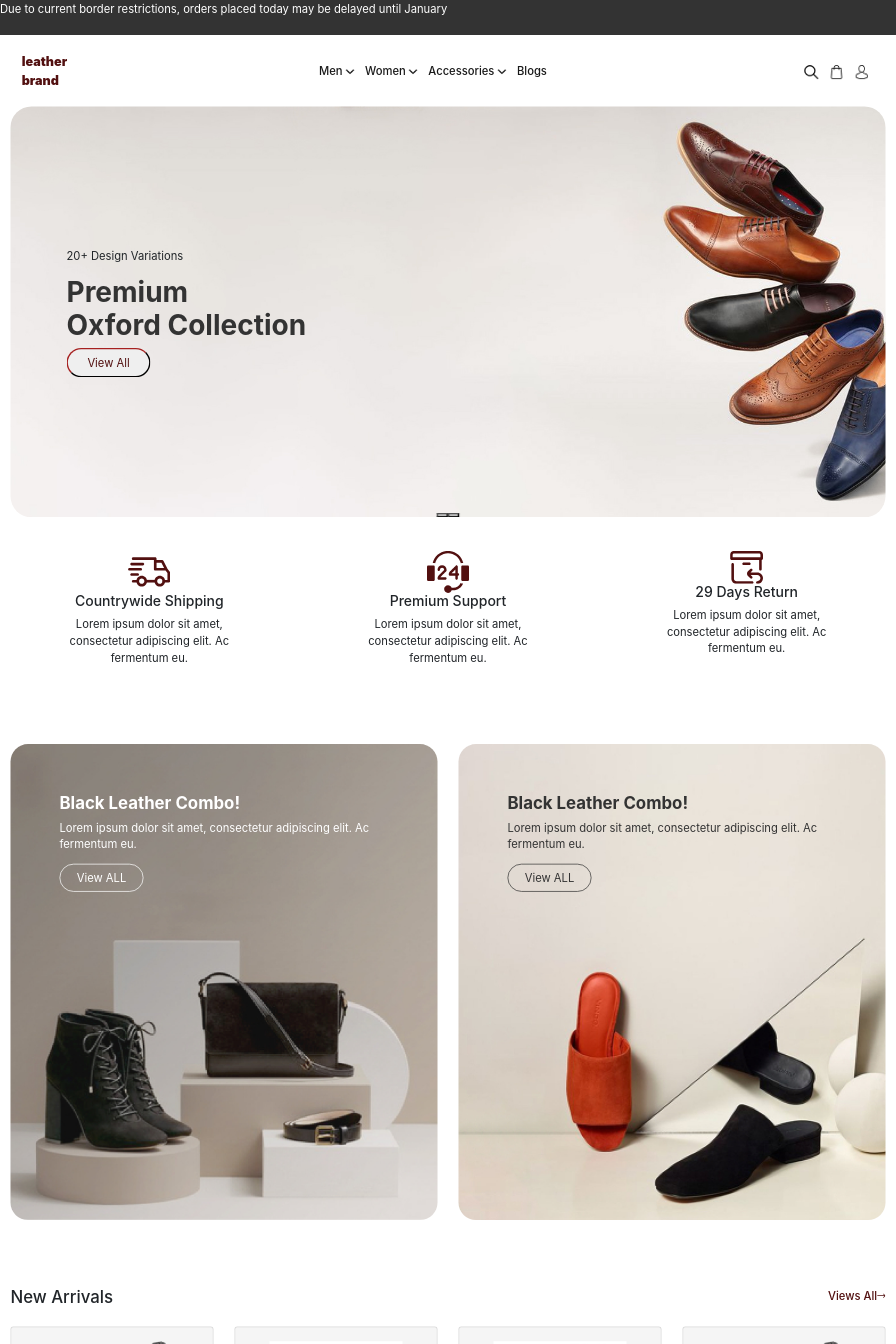
Repository: arif286/fashion-house
Page: /
These files come from the project's save history. The page is drawn as it stood at one moment and after the next save; the edit follows.
The browser window is 1280 px wide. The pictures show the part of the page from y = 0 to 1920 px (the page is 3873 px tall), at 70% of full size.
The project was rebuilt for these pictures with package versions that can differ from the ones it lists, and the page was loaded fresh each time. The framework's server and built-in components were replaced by stand-ins that run in the browser. Also part of the build but not shown: nuxt.config.js, components/Footer.vue, components/NuxtLogo.vue, components/Tutorial.vue.

Above is the page before, as saved 2021-07-12 10:23:08.

After the next save:
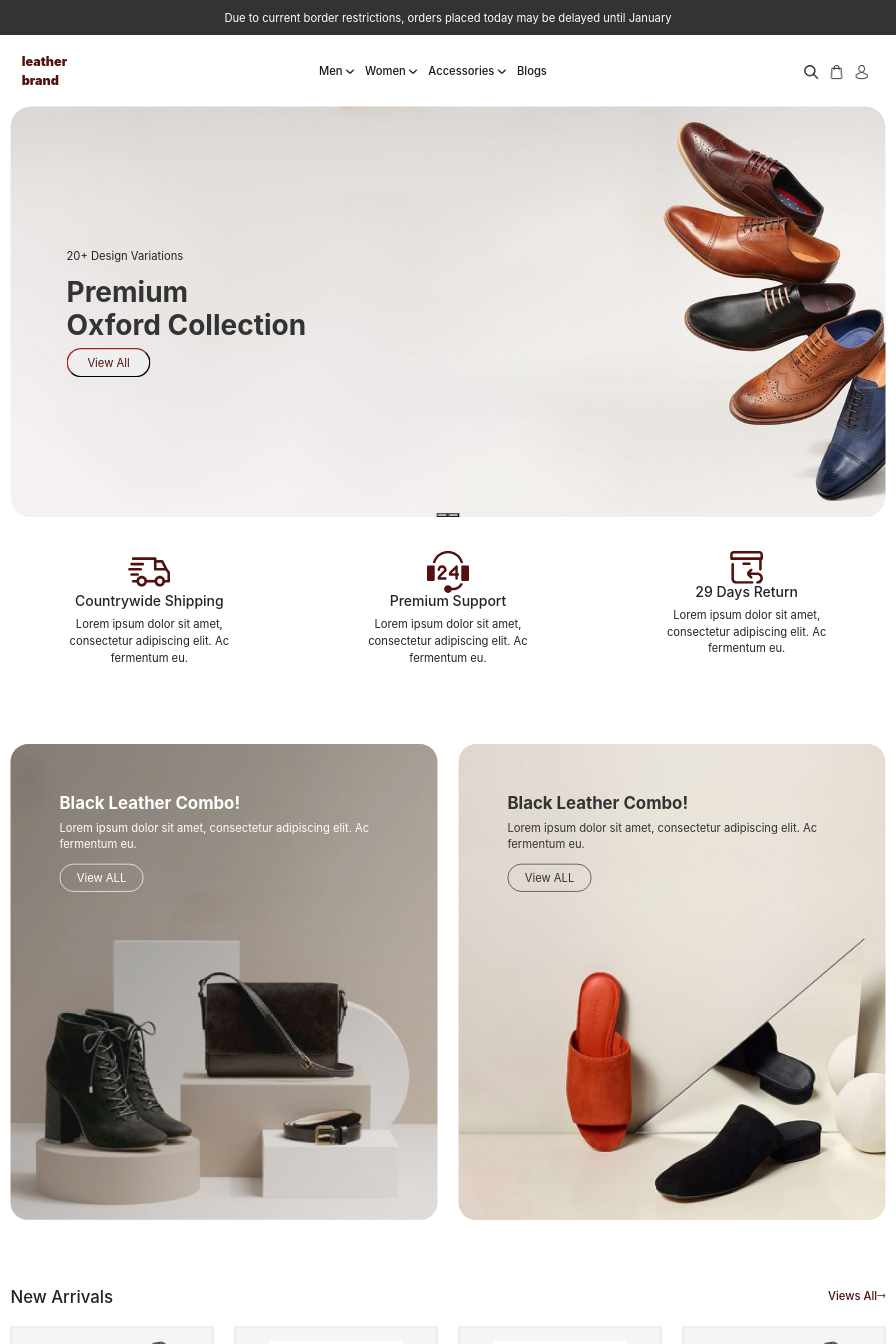
Saved 14 s later.
--- a/components/Nav.vue
+++ b/components/Nav.vue
@@ -1,7 +1,7 @@
 <template>
   <div>
     <header>
-      <p class="top-header">
+      <p class="top-header d-flex justify-content-center align-items-center">
         <span>
           Due to current border restrictions, orders placed today may be delayed
           until January</span
